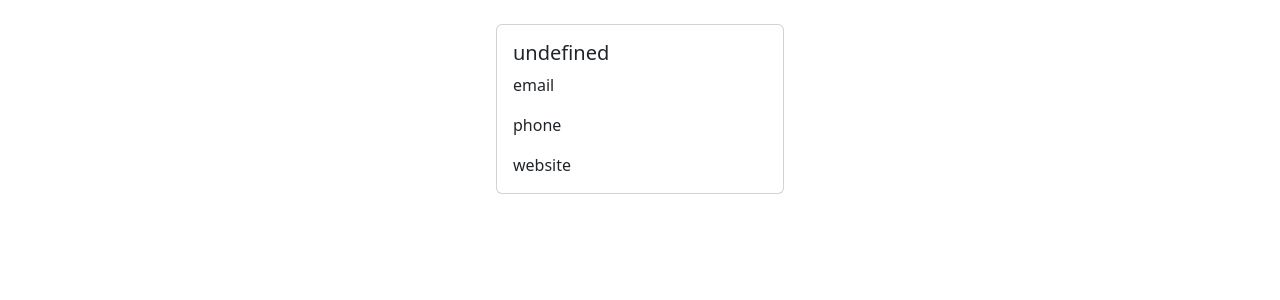
Repository: AndreyMykulych/javascript
Page: 14/index.html
An editor plug-in stored every save of this project. The page is shown before and after the next save, followed by the edit.
The browser window is 1280 px wide. The pictures show the whole page.
The page's requests for data from a server got no answer.

Above is the page before, as saved 2023-05-11 00:46:48.

After the next save:
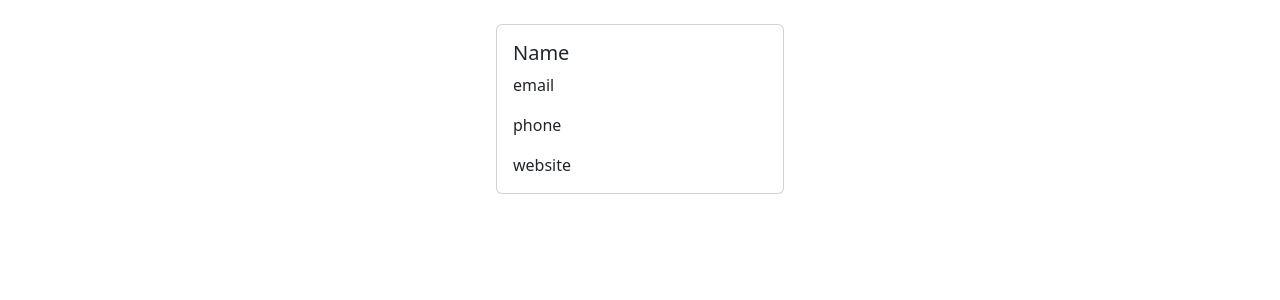
Console error: TypeError: Cannot read properties of undefined (reading 'name')
Saved 21 s later.
--- a/14/one.js
+++ b/14/one.js
@@ -20,5 +20,5 @@
     let phone = document.querySelector('.phone')
     let website = document.querySelector('.website')
 
-    cardName.innerHTML = `${users.name}`
+    cardName.innerHTML = `${users[1].name}`
 }

After the 2 saves that followed:
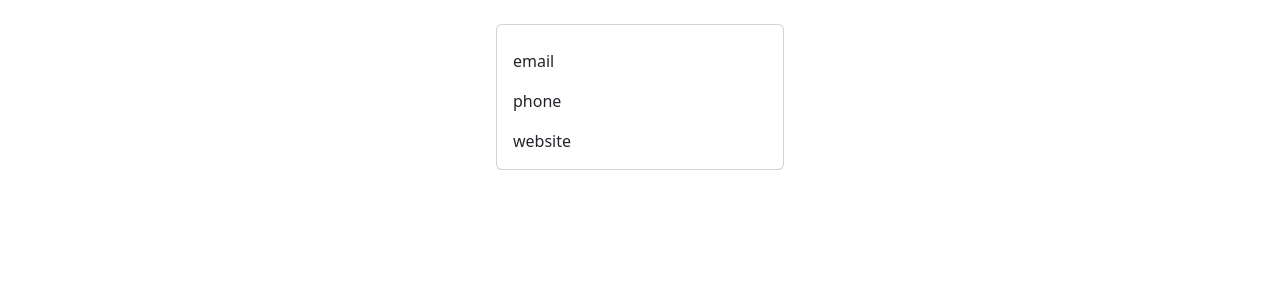
The error is gone.
The 2 saves are shown as one change because 1 left the picture as it was.
The last was saved 45 s later.
--- a/14/one.js
+++ b/14/one.js
@@ -20,5 +20,5 @@
     let phone = document.querySelector('.phone')
     let website = document.querySelector('.website')
 
-    cardName.innerHTML = `${users[1].name}`
+    cardName.innerHTML = `${users}`
 }
